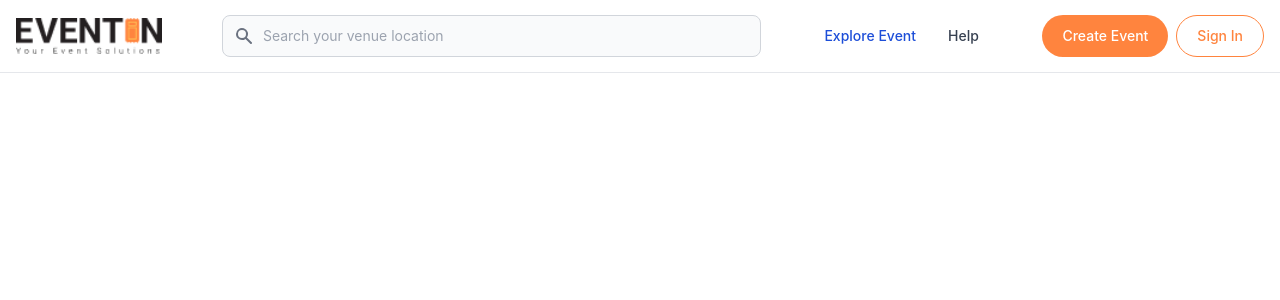
Repository: farrelmuhammad/eventon-indobild
Page: /
The author's editor kept a copy of each file at every save. The page is drawn from the files as they stood at one save, then again after the next save.
The browser window is 1280 px wide. The pictures show the whole page.
The project was rebuilt for these pictures with package versions that can differ from the ones it lists, and the page was loaded fresh each time. Also part of the build but not shown: src/App.css.

Above is the page before, as saved 2023-02-07 15:52:57.

### src/App.js
import logo from './logo.svg';
import './App.css';
import { Route, Routes } from 'react-router-dom';
import Home from './pages/Home';

function App() {
  return (
    <>
    <Routes>
      <Route exact path="/" element={<Home />} />
    </Routes>
    </>
  );
}

export default App;

### src/pages/Home.jsx
import React from 'react'
import Navbar from '../components/Navbar'

const Home = () => {
    return (
        <>
            <Navbar />
        </>
    )
}

export default Home

### src/components/Navbar.jsx
import React from 'react'
import Logo from "../assets/logo.png"

const Navbar = () => {
    return (

        <nav class="bg-white px-2 sm:px-4 py-2.5 fixed w-full z-20 top-0 left-0 border-b border-gray-200">
            <div class="container flex flex-wrap items-center justify-between mx-auto">
                <a href="https://flowbite.com/" class="flex items-center">
                    <img src={Logo} class="h-6 mr-3 sm:h-9" alt="Eventon Logo" />
                </a>

                <form class="flex items-center w-[539px]">
                    {/* <label for="simple-search" class="sr-only">Search your venue location</label> */}
                    <div class="relative w-full">
                        <div class="absolute inset-y-0 left-0 flex items-center pl-3 pointer-events-none">
                            <svg aria-hidden="true" class="w-5 h-5 text-gray-500 dark:text-gray-400" fill="currentColor" viewBox="0 0 20 20" xmlns="http://www.w3.org/2000/svg"><path fill-rule="evenodd" d="M8 4a4 4 0 100 8 4 4 0 000-8zM2 8a6 6 0 1110.89 3.476l4.817 4.817a1 1 0 01-1.414 1.414l-4.816-4.816A6 6 0 012 8z" clip-rule="evenodd"></path></svg>
                        </div>
                        <input type="text" id="simple-search" class="bg-gray-50 border border-gray-300 text-gray-900 text-sm rounded-[8px] focus:ring-blue-500 focus:border-blue-500 block w-full pl-10 p-2.5" placeholder="Search your venue location" />
                    </div>
                    {/* <button type="submit" class="p-2.5 ml-2 text-sm font-medium text-white bg-blue-700 rounded-lg border border-blue-700 hover:bg-blue-800 focus:ring-4 focus:outline-none focus:ring-blue-300">
                        <svg class="w-5 h-5" fill="none" stroke="currentColor" viewBox="0 0 24 24" xmlns="http://www.w3.org/2000/svg"><path stroke-linecap="round" stroke-linejoin="round" stroke-width="2" d="M21 21l-6-6m2-5a7 7 0 11-14 0 7 7 0 0114 0z"></path></svg>
                        <span class="sr-only">Search</span>
                    </button> */}
                </form>

                <div class="flex md:order-2 gap-2">
                    <button type="button" class="text-white bg-[#FF843E] hover:bg-[#e47737] focus:ring-4 focus:outline-none focus:ring-blue-300 font-medium rounded-full text-sm px-5 py-2.5 text-center mr-3 md:mr-0">Create Event</button>
                    <button type="button" class="text-[#FF843E] bg-transparent border border-[#FF843E] hover:bg-[#e47737] hover:text-white focus:ring-4 focus:outline-none focus:ring-blue-300 font-medium rounded-full text-sm px-5 py-2.5 text-center mr-3 md:mr-0">Sign In</button>
                </div>
                <div class="items-center justify-between hidden w-full md:flex md:w-auto md:order-1" id="navbar-sticky">
                    <ul class="flex flex-col p-4 mt-4 border border-gray-100 rounded-lg bg-gray-50 md:flex-row md:space-x-8 md:mt-0 md:text-sm md:font-medium md:border-0 md:bg-white">
                        <li>
                            <a href="#" class="block py-2 pl-3 pr-4 text-white bg-blue-700 rounded md:bg-transparent md:text-blue-700 md:p-0 dark:text-white" aria-current="page">Explore Event</a>
                        </li>
                        <li>
                            <a href="#" class="block py-2 pl-3 pr-4 text-gray-700 rounded hover:bg-gray-100 md:hover:bg-transparent md:hover:text-blue-700 md:p-0">Help</a>
                        </li>
                    </ul>
                </div>
            </div>
        </nav>

    )
}

export default Navbar

Loaded but not shown: public/index.html (common file); src/index.js (common file); src/index.css (common file); src/reportWebVitals.js (common file); tailwind.config.js (common file)

After the next save:
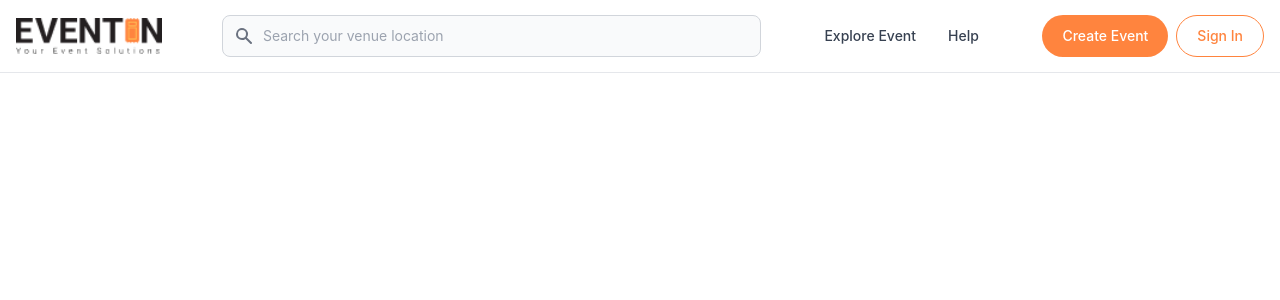
Saved 51 s later.
--- a/src/components/Navbar.jsx
+++ b/src/components/Navbar.jsx
@@ -31,7 +31,7 @@ const Navbar = () => {
                 <div class="items-center justify-between hidden w-full md:flex md:w-auto md:order-1" id="navbar-sticky">
                     <ul class="flex flex-col p-4 mt-4 border border-gray-100 rounded-lg bg-gray-50 md:flex-row md:space-x-8 md:mt-0 md:text-sm md:font-medium md:border-0 md:bg-white">
                         <li>
-                            <a href="#" class="block py-2 pl-3 pr-4 text-white bg-blue-700 rounded md:bg-transparent md:text-blue-700 md:p-0 dark:text-white" aria-current="page">Explore Event</a>
+                            <a href="#" class="block py-2 pl-3 pr-4 text-gray-700 rounded hover:bg-gray-100 md:hover:bg-transparent md:hover:text-blue-700 md:p-0">Explore Event</a>
                         </li>
                         <li>
                             <a href="#" class="block py-2 pl-3 pr-4 text-gray-700 rounded hover:bg-gray-100 md:hover:bg-transparent md:hover:text-blue-700 md:p-0">Help</a>
